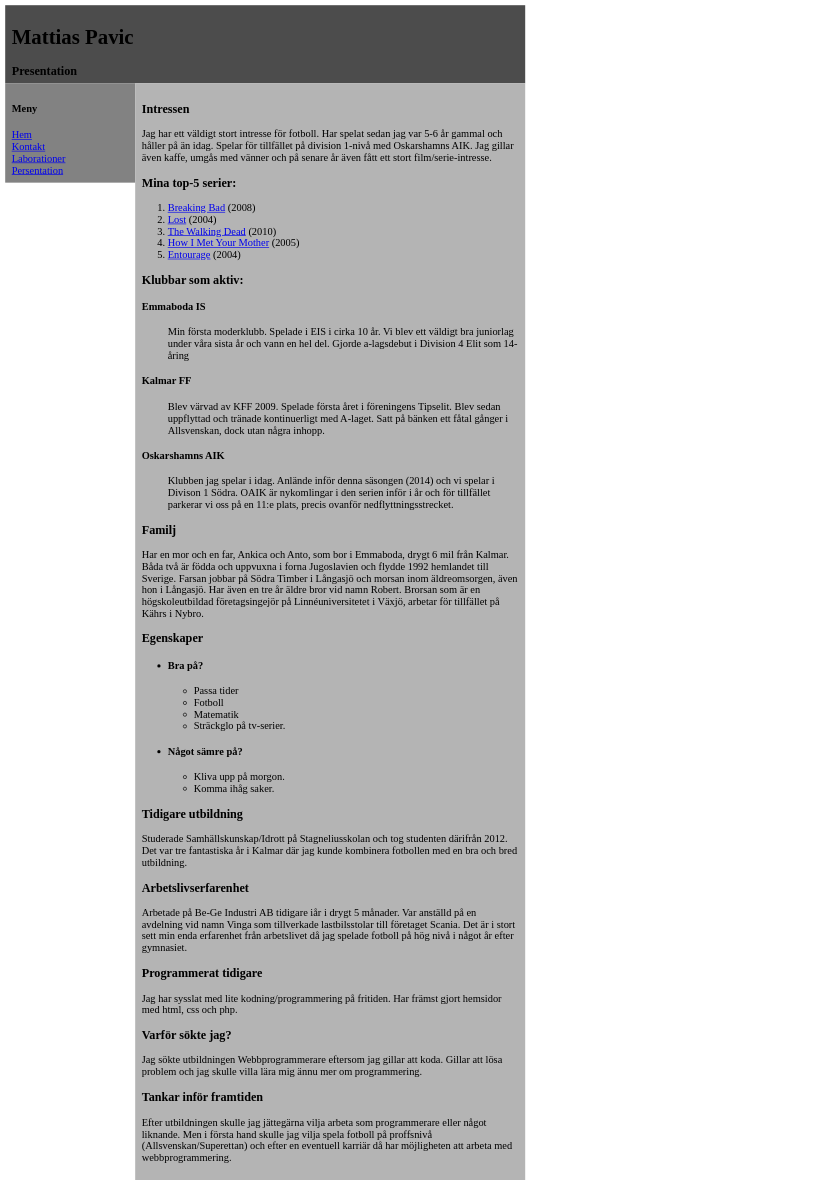
Repository: mp222sf/1ik415-laborationer
Page: pages/presentation.html
The author's editor kept a record of every edit. The page is drawn from the files as they stood at one moment, then again after the next edit.
The browser window is 1280 px wide. The pictures show the whole page, at 65% of full size.

Above is the page before.

### pages/presentation.html
<!doctype html>
<html lang="sv">
    <head>
        <meta charset="utf-8" />
        <title>Mattias Pavic</title>
    </head>
    <body>

        <div id="container" style="width:800px">
            <div id="header" style="padding: 10px;background-color:#4C4C4C;height: 100px;">
                <h1>Mattias Pavic</h1>
                <h3>Presentation</h3>
            </div>
            <div id="menu" style="padding: 10px;background-color:#828282;width:180px;float:left;">
                <h4>Meny</h4>
                <a href="../index.html">Hem</a><br>
                <a href="kontakt.html">Kontakt</a><br>
                <a href="laborationer.html">Laborationer</a><br>
                <a href="presentation.html">Persentation</a><br>
            </div>

            <div id="content" style="padding: 10px;background-color:#B4B4B4;width:580px;float:left;">
                <!--Här skriver vi infomationen om mina intressen.-->
                <h3>Intressen</h3>
                <p> Jag har ett väldigt stort intresse för fotboll. Har spelat sedan jag var 5-6 år gammal och håller på än idag.
                    Spelar för tillfället på division 1-nivå med Oskarshamns AIK.
                    Jag gillar även kaffe, umgås med vänner och på senare år även fått ett stort film/serie-intresse.</p>

                <h3>Mina top-5 serier:</h3>
                <ol>
                    <li><a target="_blank" href="http://www.imdb.com/title/tt0903747/?ref_=nv_sr_1">Breaking Bad</a> (2008)</li>
                    <li><a target="_blank" href="http://www.imdb.com/title/tt0411008/?ref_=nv_sr_1">Lost</a> (2004)</li>
                    <li><a target="_blank" href="http://www.imdb.com/title/tt1520211/?ref_=nv_sr_1">The Walking Dead</a> (2010)</li>
                    <li><a target="_blank" href="http://www.imdb.com/title/tt0460649/?ref_=nv_sr_1">How I Met Your Mother</a> (2005)</li>
                    <li><a target="_blank" href="http://www.imdb.com/title/tt0387199/?ref_=nv_sr_1">Entourage</a> (2004)</li>
                </ol>

                <h3>Klubbar som aktiv:</h3>
                <dl>
                    <dt><h4>Emmaboda IS</h4></dt>
                        <dd>Min första moderklubb. Spelade i EIS i cirka 10 år. Vi blev ett väldigt bra juniorlag under våra sista år och vann en hel del. Gjorde a-lagsdebut i Division 4 Elit som 14-åring</dd>
                    <dt><h4>Kalmar FF</h4></dt>
                        <dd>Blev värvad av KFF 2009. Spelade första året i föreningens Tipselit. Blev sedan uppflyttad och tränade kontinuerligt med A-laget. Satt på bänken ett fåtal gånger i Allsvenskan, dock utan några inhopp.</dd>
                    <dt><h4>Oskarshamns AIK</h4></dt>
                        <dd>Klubben jag spelar i idag. Anlände inför denna säsongen (2014) och vi spelar i Divison 1 Södra. OAIK är nykomlingar i den serien inför i år och för tillfället parkerar vi oss på en 11:e plats, precis ovanför nedflyttningsstrecket.</dd>
                </dl>

                <h3>Familj</h3>
                <p> Har en mor och en far, Ankica och Anto, som bor i Emmaboda, drygt 6 mil från Kalmar.
                    Båda två är födda och uppvuxna i forna Jugoslavien och flydde 1992 hemlandet till Sverige.
                    Farsan jobbar på Södra Timber i Långasjö och morsan inom äldreomsorgen, även hon i Långasjö.
                    Har även en tre år äldre bror vid namn Robert.
                    Brorsan som är en högskoleutbildad företagsingejör på Linnéuniversitetet i Växjö, arbetar för tillfället på Kährs i Nybro.</p>

                <!--Listan ger Error i Validator. Förstår ej?!.-->
                <h3>Egenskaper</h3>
                <ul>
                    <li><h4>Bra på?</h4>
                        <ul>
                            <li>Passa tider</li>
                            <li>Fotboll</li>
                            <li>Matematik</li>
                            <li>Sträckglo på tv-serier.</li>
                        </ul>
                    </li>
                   <li><h4>Något sämre på?</h4>
                        <ul>
                            <li>Kliva upp på morgon.</li>
                            <li>Komma ihåg saker.</li>
                        </ul>
                    </li>
                </ul>

                <h3>Tidigare utbildning</h3>
                <p> Studerade Samhällskunskap/Idrott på Stagneliusskolan och tog studenten därifrån 2012. Det var tre fantastiska år i Kalmar där jag kunde kombinera fotbollen med en bra och bred utbildning.</p>

                <h3>Arbetslivserfarenhet</h3>
                <p> Arbetade på Be-Ge Industri AB tidigare iår i drygt 5 månader.
                    Var anställd på en avdelning vid namn Vinga som tillverkade lastbilsstolar till företaget Scania.
                    Det är i stort sett min enda erfarenhet från arbetslivet då jag spelade fotboll på hög nivå i något år efter gymnasiet.</p>

                <h3>Programmerat tidigare</h3>
                <p> Jag har sysslat med lite kodning/programmering på fritiden.
                    Har främst gjort hemsidor med html, css och php.</p>

                <h3>Varför sökte jag?</h3>
                <p> Jag sökte utbildningen Webbprogrammerare eftersom jag gillar att koda.
                    Gillar att lösa problem och jag skulle villa lära mig ännu mer om programmering.</p>

                <h3>Tankar inför framtiden</h3>
                <p> Efter utbildningen skulle jag jättegärna vilja arbeta som programmerare eller något liknande.
                    Men i första hand skulle jag vilja spela fotboll på proffsnivå (Allsvenskan/Superettan) och efter en eventuell karriär då har möjligheten att arbeta med webbprogrammering.</p>

            </div>
        </div>



    </body>
</html>

After the next edit:
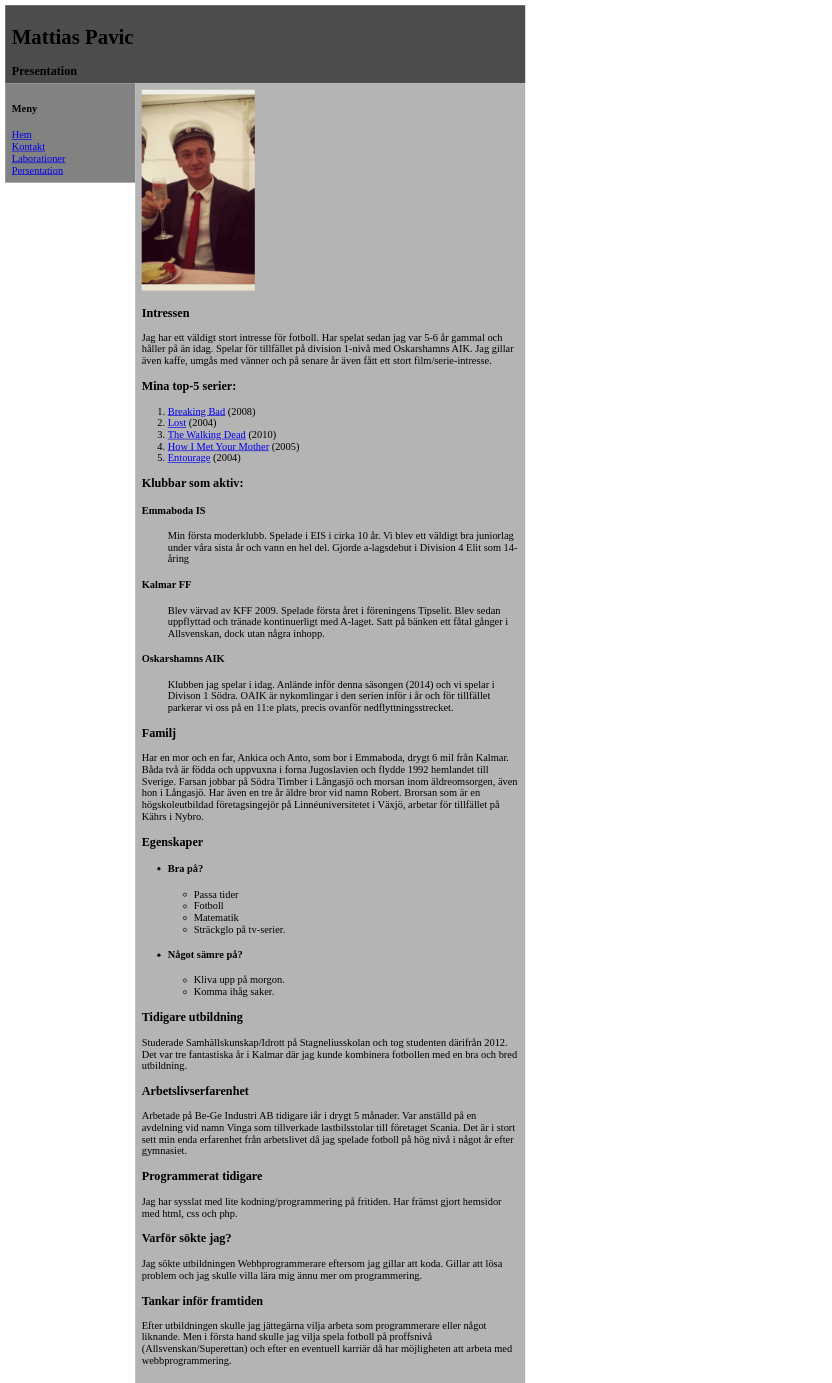
The edit:
--- a/pages/presentation.html
+++ b/pages/presentation.html
@@ -21,6 +21,9 @@
 
             <div id="content" style="padding: 10px;background-color:#B4B4B4;width:580px;float:left;">
                 <!--Här skriver vi infomationen om mina intressen.-->
+
+                <img id="jag_presentation" src="../pics/jag_presentation.jpg" width="30%">
+
                 <h3>Intressen</h3>
                 <p> Jag har ett väldigt stort intresse för fotboll. Har spelat sedan jag var 5-6 år gammal och håller på än idag.
                     Spelar för tillfället på division 1-nivå med Oskarshamns AIK.
